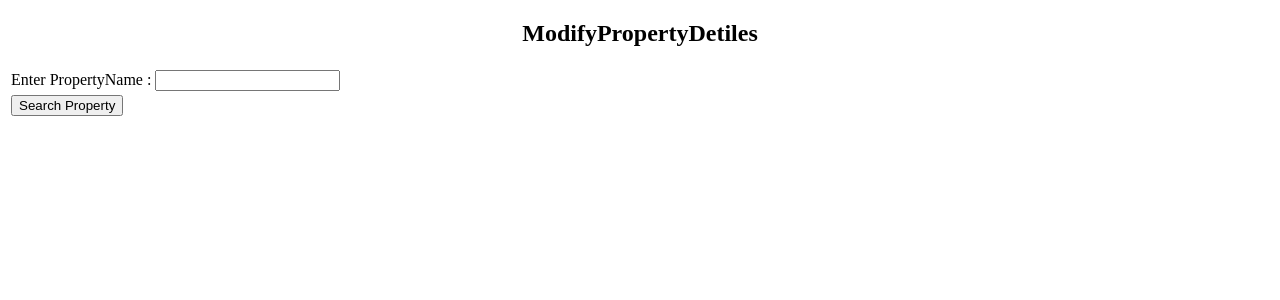
Repository: khadri2021/A2023_Task_Property_Management
Page: http://localhost/AdderssMakersWeb/Modify.jsp
These files come from the project's save history. The page is drawn as it stood at one moment and after the next save; the edit follows.
The browser window is 1280 px wide. The pictures show the whole page.
The page is served by Tomcat 9. Other server files are loaded and not shown.

Above is the page before, as saved 2024-02-10 06:42:42.

### AdderssMakersWeb/WebContent/Modify.jsp
<%@ page language="java" contentType="text/html; charset=ISO-8859-1"
    pageEncoding="ISO-8859-1"%>
<!DOCTYPE html>
<html>
<head>
<meta charset="ISO-8859-1">
<title>Insert title here</title>
</head>
<body>
<dev align=center>
 <h2>ModifyPropertyDetiles</h2>
 </dev>
<table>
<tr>
<td>Enter PropertyName :</td>
<td><input type="text" name="ProName"></td>
</tr>
<tr><td> <input type="button" value="Search Property"></td></tr>

</body>
</html>

After the next save:
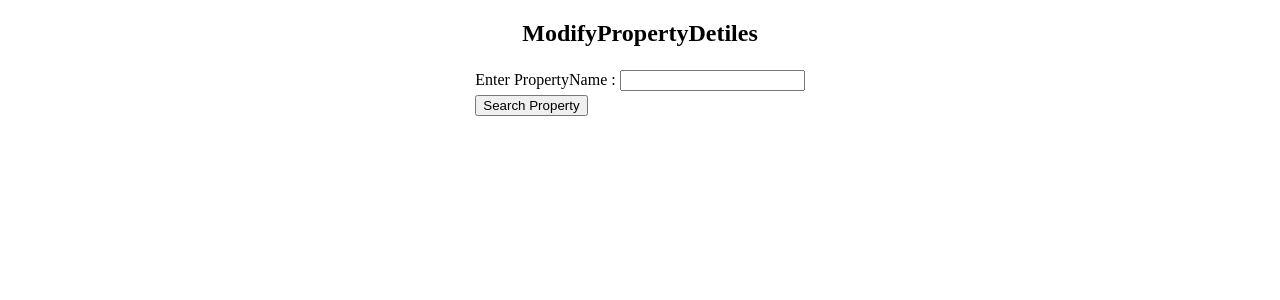
Saved 112 s later.
--- a/AdderssMakersWeb/WebContent/Modify.jsp
+++ b/AdderssMakersWeb/WebContent/Modify.jsp
@@ -10,12 +10,14 @@
 <dev align=center>
  <h2>ModifyPropertyDetiles</h2>
  </dev>
+ <center>
 <table>
 <tr>
 <td>Enter PropertyName :</td>
 <td><input type="text" name="ProName"></td>
 </tr>
 <tr><td> <input type="button" value="Search Property"></td></tr>
-
+</table>
+</center>
 </body>
 </html>
